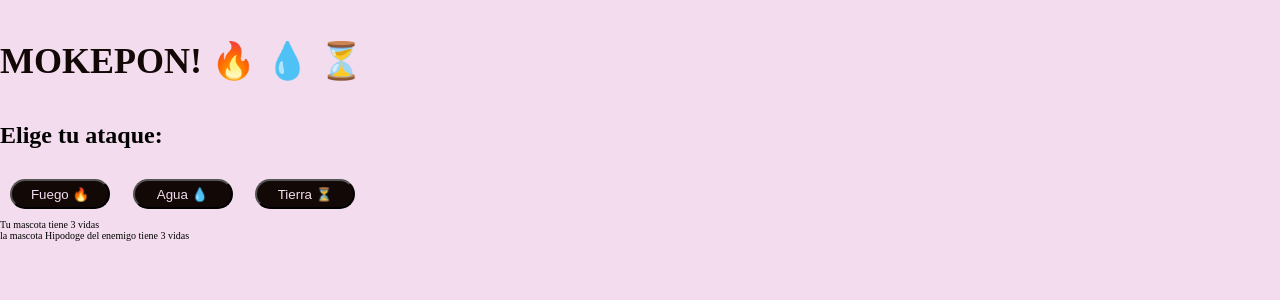
Repository: elto82/juegoMokepon
Page: mokepon/mokepon.html
The author's editor kept a copy of each file at every save. The page is drawn from the files as they stood at one save, then again after the next save.
The browser window is 1280 px wide. The pictures show the whole page.
After loading, the first visible `#boton-mascota` was clicked once.

Above is the page before, as saved 2022-07-31 20:55:22.

After the next save:
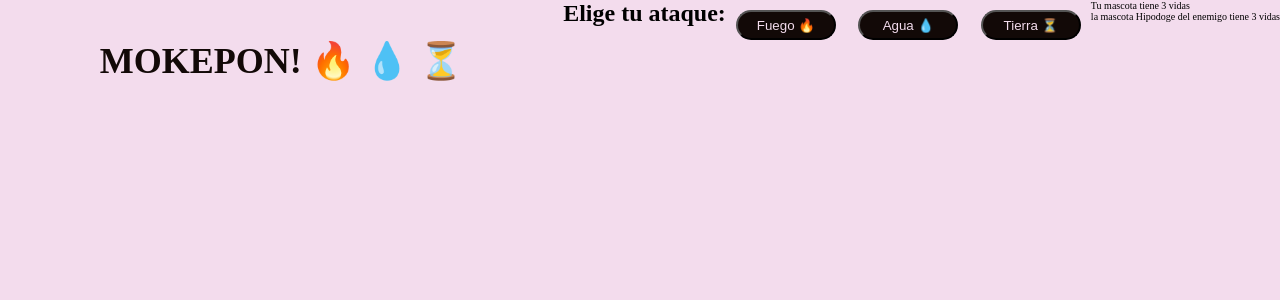
Saved 2 min 18 s later.
--- a/mokepon/js/mokepon.js
+++ b/mokepon/js/mokepon.js
@@ -124,7 +124,7 @@
   sectionSeleccionarMascota.style.display = 'none'
 
   let sectionSeleccionarAtaque = document.getElementById('seleccionar-ataque')
-  sectionSeleccionarAtaque.style.display = 'block'
+  sectionSeleccionarAtaque.style.display = 'flex'
 
   let inputHipodoge = document.getElementById("hipodoge");
   let inputCapipepo = document.getElementById("capipepo");
